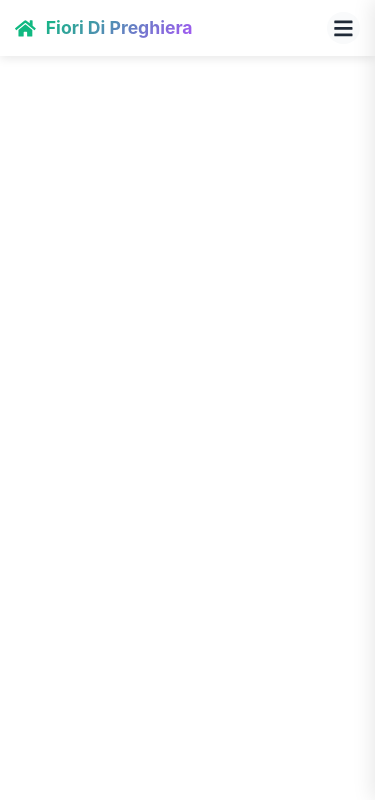
Repository: VladimirGagarin/sorellas
Page: /
An editor plug-in stored every save of this project. The page is shown before and after a run of saves, followed by the edit.
The browser window is 375 px wide. The pictures show the whole page.
The project was rebuilt for these pictures with package versions that can differ from the ones it lists, and the page was loaded fresh each time. Also part of the build but not shown: vite.config.js, src/pages/HomeScreenPage.jsx.

Above is the page before, as saved 2026-01-19 16:28:19.

After the next 2 saves:
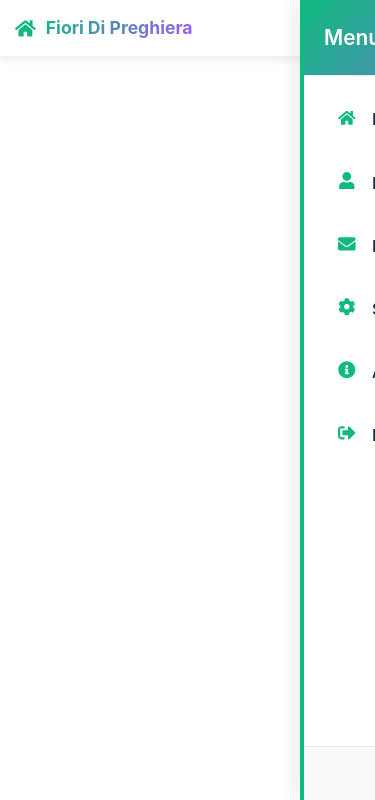
The 2 saves are shown as one change because they came seconds apart.
The last was saved 27 s later.
--- a/src/components/Header.css
+++ b/src/components/Header.css
@@ -304,7 +304,6 @@
 
   .drawer {
     width: 100%;
-    max-width: 300px;
   }
 
   .home-icon {

After the save that followed:
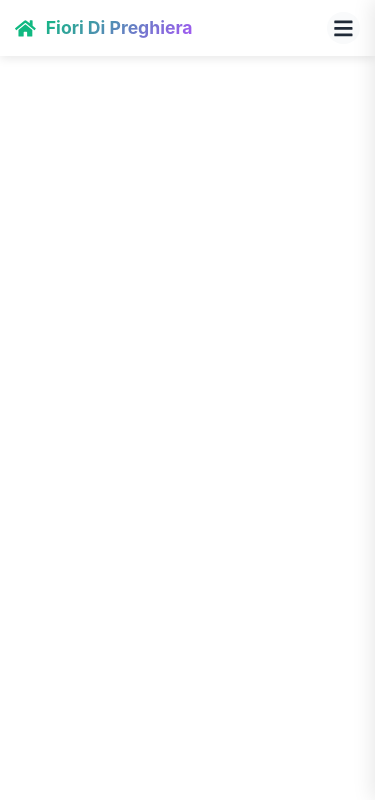
Saved 20 s later.
--- a/src/components/Header.css
+++ b/src/components/Header.css
@@ -304,6 +304,7 @@
 
   .drawer {
     width: 100%;
+    max-width: 300px;
   }
 
   .home-icon {
